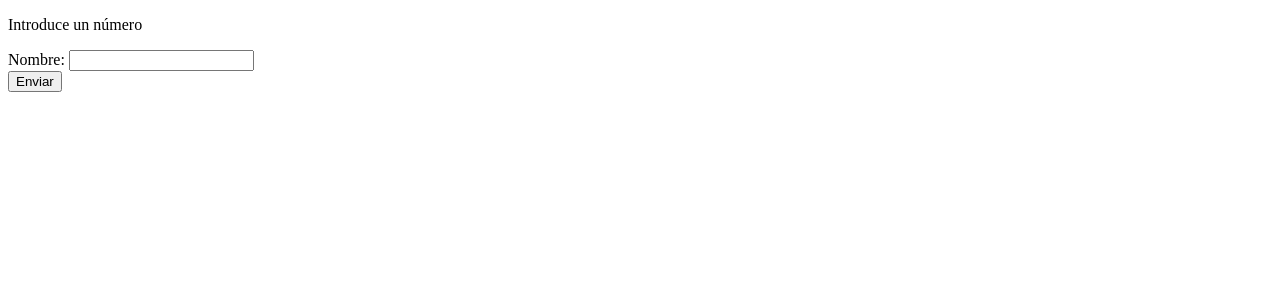
Repository: scgil/master-java
Page: Semana2/02_PrimerosEjemplos/src/main/webapp/formulario2.html
These files come from the project's save history. The page is drawn as it stood at one moment and after the next save; the edit follows.
The browser window is 1280 px wide. The pictures show the whole page.

Above is the page before, as saved 2024-12-13 11:29:34.

After the next save:
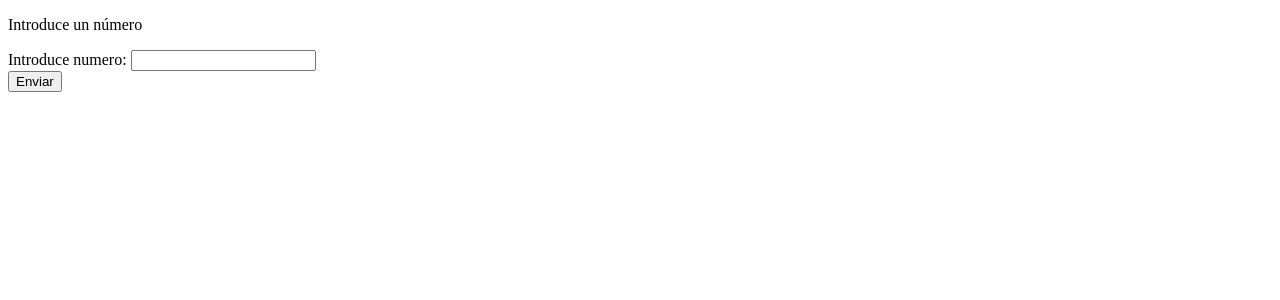
Saved 36 s later.
--- a/Semana2/02_PrimerosEjemplos/src/main/webapp/formulario2.html
+++ b/Semana2/02_PrimerosEjemplos/src/main/webapp/formulario2.html
@@ -7,7 +7,7 @@
 <body>
 <p>Introduce un número</p>
     <form action="servletFromulario2" method="post">
-        Nombre: <input type="text" name="nombre"><br>
+        Introduce numero: <input type="number" name="numero"><br>
 		<button  type="submit" id="enviar">Enviar</button>
     </form>
 
